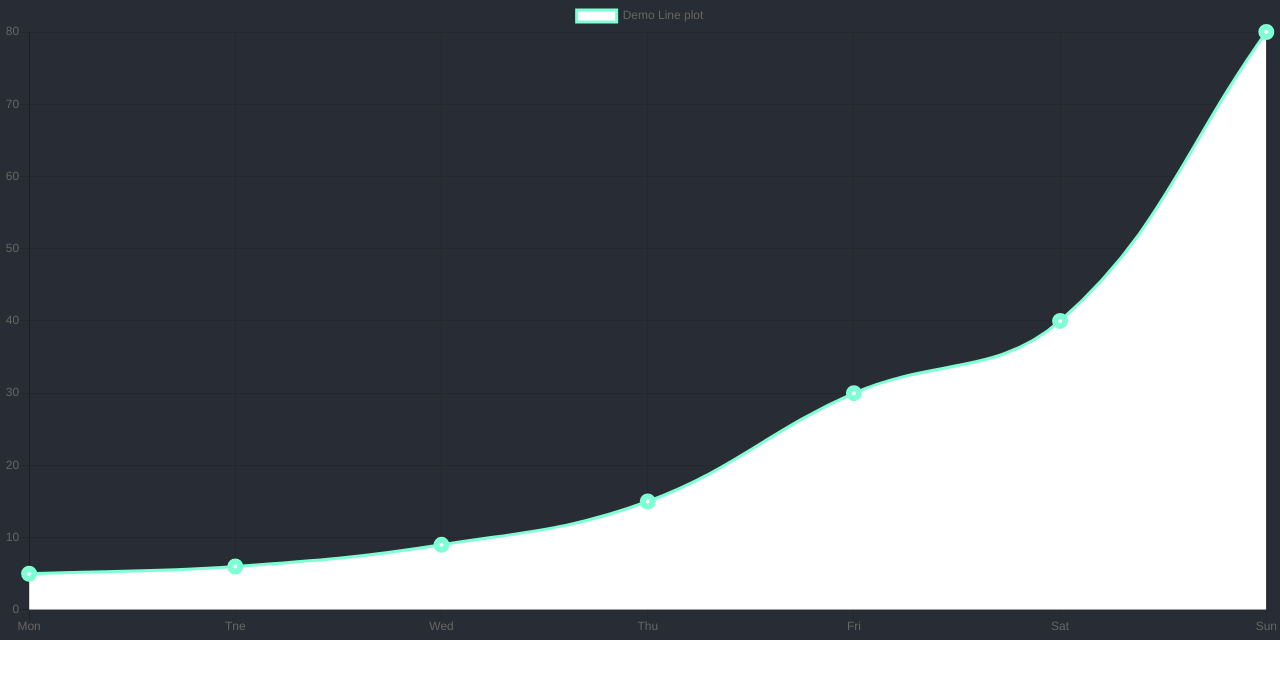
Repository: ShunsukeTanizaki/COVID19-Live
Page: /
An editor plug-in stored every save of this project. The page is shown before and after the next save, followed by the edit.
The browser window is 1280 px wide. The pictures show the whole page.
The project was rebuilt for these pictures with package versions that can differ from the ones it lists, and the page was loaded fresh each time.

Above is the page before, as saved 2020-11-04 23:43:23.

### src/App.tsx
import React from "react";
import logo from "./logo.svg";
import "./App.css";
import LinePlot from "./components/LinePlot";

function App() {
    return (
        <div className="App">
            <LinePlot />
        </div>
    );
}

export default App;

### src/App.css
.App {
    background-color: #282c34;
    text-align: center;
}

.App-logo {
    height: 40vmin;
    pointer-events: none;
}

@media (prefers-reduced-motion: no-preference) {
    .App-logo {
        animation: App-logo-spin infinite 20s linear;
    }
}

.App-header {
    background-color: #282c34;
    min-height: 100vh;
    display: flex;
    flex-direction: column;
    align-items: center;
    justify-content: center;
    font-size: calc(10px + 2vmin);
    color: white;
}

.App-link {
    color: #61dafb;
}

@keyframes App-logo-spin {
    from {
        transform: rotate(0deg);
    }
    to {
        transform: rotate(360deg);
    }
}

### src/components/LinePlot.tsx
import React from "react";
import { Line } from "react-chartjs-2";

const data = {
    labels: ["Mon", "Tne", "Wed", "Thu", "Fri", "Sat", "Sun"],
    datasets: [
        {
            label: "Demo Line plot",
            backgroundColor: "#FFF",
            borderColor: "#7fffd4",
            pointBorderWidth: 10,
            data: [5, 6, 9, 15, 30, 40, 80]
        }
    ]
};

const LinePlot: React.FC = () => {
    return (
        <div>
            <Line data={data} />
        </div>
    );
};

export default LinePlot;

Loaded but not shown: public/index.html (common file); src/index.tsx (common file); src/index.css (common file); src/reportWebVitals.ts (common file)

After the next save:
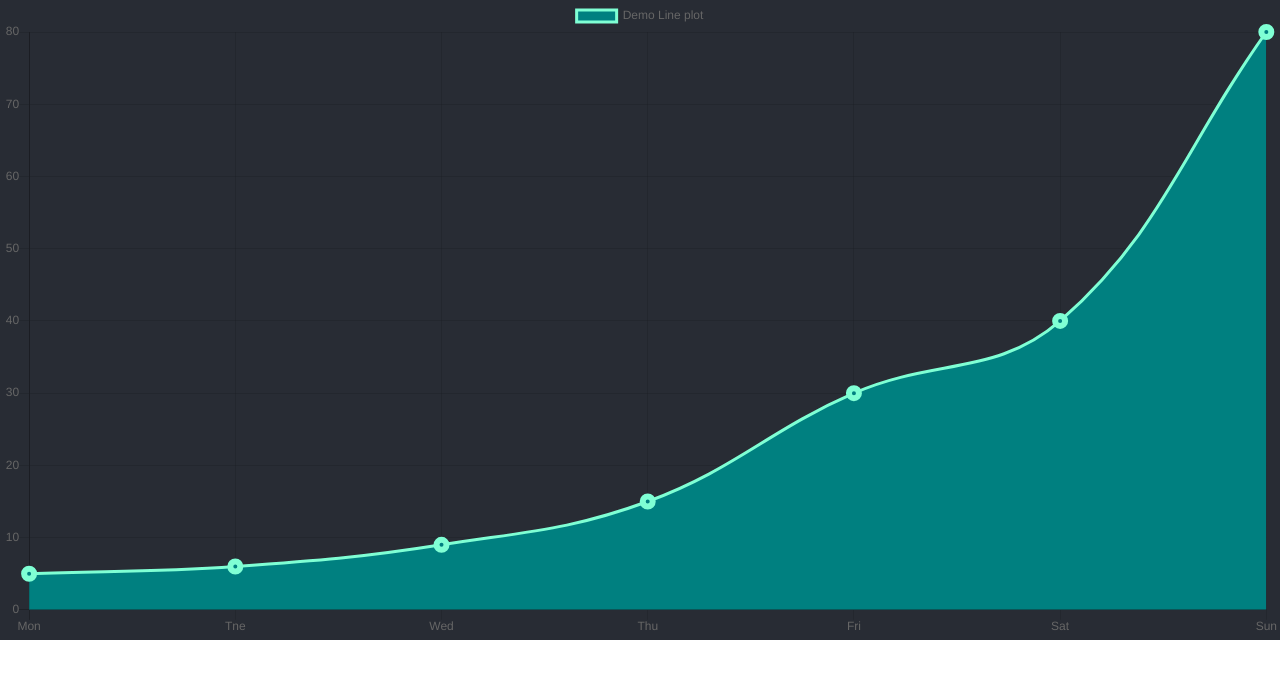
Saved 23 s later.
--- a/src/components/LinePlot.tsx
+++ b/src/components/LinePlot.tsx
@@ -6,7 +6,7 @@ const data = {
     datasets: [
         {
             label: "Demo Line plot",
-            backgroundColor: "#FFF",
+            backgroundColor: "#008080",
             borderColor: "#7fffd4",
             pointBorderWidth: 10,
             data: [5, 6, 9, 15, 30, 40, 80]
